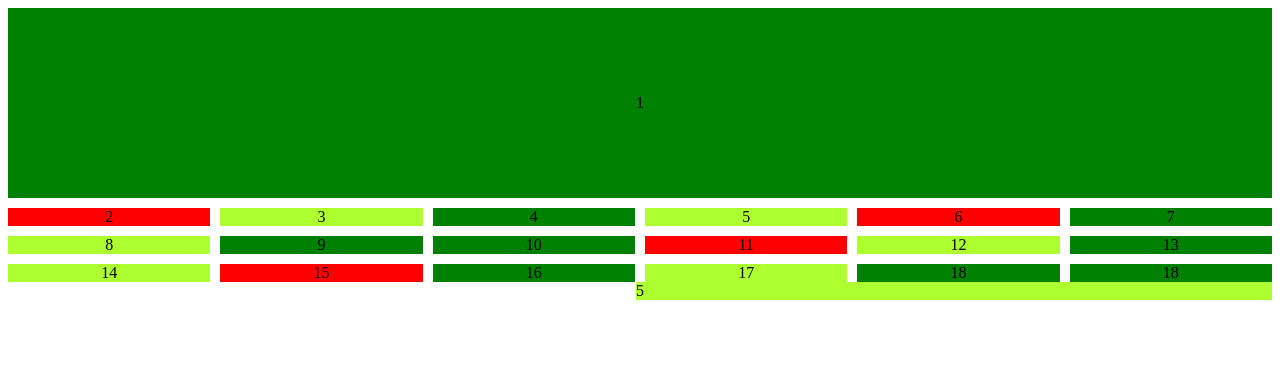
Repository: motiejus1/09-paskaita-05.31
Page: index.html
These files come from the project's save history. The page is drawn as it stood at one moment and after the next save; the edit follows.
The browser window is 1280 px wide. The pictures show the whole page.

Above is the page before, as saved 2021-06-15 20:11:12.

### index.html
<!DOCTYPE html>
<html lang="en">
<head>
    <meta charset="UTF-8">
    <meta http-equiv="X-UA-Compatible" content="IE=edge">
    <meta name="viewport" content="width=device-width, initial-scale=1.0">
    <title>9 paskaita</title>
    <style>
        .grid-container {
            display: grid;
            grid-template-columns: auto auto auto auto auto auto;
            grid-column-gap: 10px ;
            grid-row-gap: 10px ;
        }

        .zalia {
            background-color: green;
        }

        .raudona {
            background-color: red;
        }

        .geltona {
            background: greenyellow;
        }

        .grid-item-1 {
            /* grid-column-start: 1 ;
            grid-column-end: 3 ; */

            grid-column: 1 / span 6;

            grid-row: 1 / span 20;
        }

        /* .grid-item-2 {
            grid-column-start: 1 ;
            grid-column-end: 3 ;
            grid-row-start: 3;
            grid-row-end: 25 ;
        } */

        .grid-item {
            display:grid;
            justify-content: center;
            align-items: center;
        }
        .flex-container {
            display:flex;
            justify-content: center;
            align-items: center;
        }

        .grid-container-1 {
            display: grid;
            grid-template-areas:
            'pirmas pirmas pirmas pirmas antras antras antras'
            'trecias trecias trecias trecias trecias trecias trecias'
            'ketvirtas ketvirtas penktas penktas penktas penktas penktas'
            'ketvirtas penktas penktas penktas penktas penktas penktas'

            ;
        }
        .grid-element-1 {
            grid-area: pirmas;
        }

        .grid-element-2 {
            grid-area: antras;
        }

        .grid-element-3 {
            grid-area: trecias;
        }

        .grid-element-4 {
            grid-area: ketvirtas;
        }

        .grid-element-5 {
            grid-area: penktas;
        }
    </style>
</head>
<body>
    <div class="grid-container">
        <div class="grid-item grid-item-1 zalia">
            1
        </div>
        <div class="grid-item grid-item-2 raudona">
            2
        </div>
        <div class="grid-item grid-item-3 geltona">3</div>
        <div class="grid-item grid-item-4 zalia">4</div>
        <div class="grid-item geltona">5</div>
        <div class="grid-item raudona">6</div>
        <div class="grid-item zalia">7</div>
        <div class="grid-item geltona">8</div>
        <div class="grid-item zalia">9</div>
        <div class="grid-item zalia">10</div>
        <div class="grid-item raudona">11</div>
        <div class="grid-item geltona">12</div>
        <div class="grid-item zalia">13</div>
        <div class="grid-item geltona">14</div>
        <div class="grid-item raudona">15</div>
        <div class="grid-item zalia">16</div>
        <div class="grid-item geltona">17</div>
        <div class="grid-item zalia">18</div>
        <div class="flex-container zalia">18</div>
    </div>

    <div class="grid-container-1">
        <div class="grid-element-1 zalia">1</div>
        <div class="grid-element-2 geltona">2</div>
        <div class="grid-element-3 raudona">3</div>
        <div class="grid-element-4 zalia">4</div>
        <div class="grid-element-5 geltona">5</div>
    </div>

</body>
</html>

After the next save:
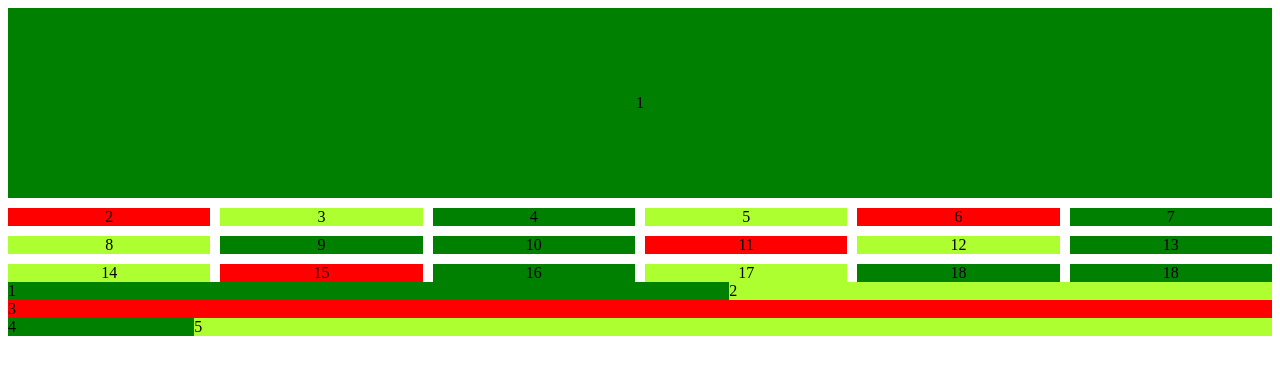
Saved 61 s later.
--- a/index.html
+++ b/index.html
@@ -57,7 +57,7 @@
             grid-template-areas:
             'pirmas pirmas pirmas pirmas antras antras antras'
             'trecias trecias trecias trecias trecias trecias trecias'
-            'ketvirtas ketvirtas penktas penktas penktas penktas penktas'
+            'ketvirtas penktas penktas penktas penktas penktas penktas'
             'ketvirtas penktas penktas penktas penktas penktas penktas'
 
             ;

After the 2 saves that followed:
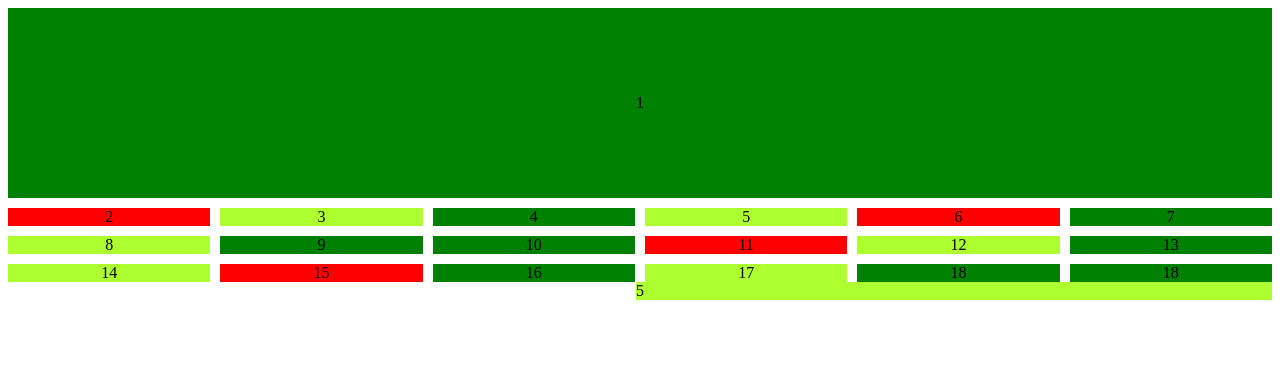
The 2 saves are shown as one change because they came seconds apart.
The last was saved 19 s later.
--- a/index.html
+++ b/index.html
@@ -58,7 +58,7 @@
             'pirmas pirmas pirmas pirmas antras antras antras'
             'trecias trecias trecias trecias trecias trecias trecias'
             'ketvirtas penktas penktas penktas penktas penktas penktas'
-            'ketvirtas penktas penktas penktas penktas penktas penktas'
+            'ketvirtas penktas penktas ketvirtas penktas penktas penktas'
 
             ;
         }
